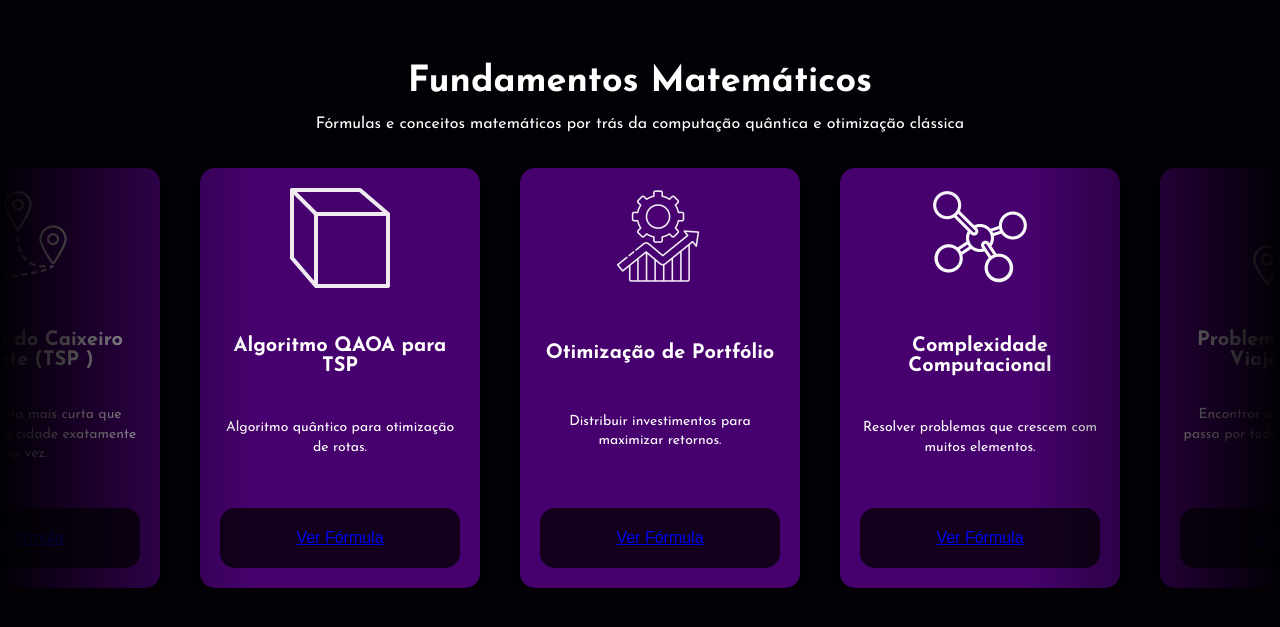
Repository: Everson9/Projeto-de-escalabilidade-quantica-definitivo
Page: fundamentos.html
These files come from the project's save history. The page is drawn as it stood at one moment and after the next save; the edit follows.
The browser window is 1280 px wide. The pictures show the whole page.

Above is the page before, as saved 2025-10-01 09:48:50.

### fundamentos.html
<!DOCTYPE html>
<html lang="pt-br">
<head>
    <meta charset="UTF-8">
    <meta name="viewport" content="width=device-width, initial-scale=1.0">
    <title>Carrossel Infinito</title>
    <link rel="stylesheet" href="fundamentos.css">
    <link href="https://fonts.googleapis.com/css2?family=Josefin+Sans:wght@400;700&display=swap" rel="stylesheet">
</head>
<body>

    <div class="fundamentos-matematicos">
        <h1>Fundamentos Matemáticos</h1>
        <p>Fórmulas e conceitos matemáticos por trás da computação quântica e otimização clássica</p>
    </div>

    <!-- Container do Carrossel -->
    <div class="carousel-container">
        <div class="carousel-track">
            <!-- Cards Originais -->
            <div class="formula_1">
                <img src="imgs_icones/CaixeiroViajante.png" alt="Ícone do Problema do Caixeiro Viajante">
                <h4>Problema do Caixeiro Viajante (TSP )</h4>
                <p>Encontrar a rota mais curta que passa por toda a cidade exatamente uma vez.</p>
                <button class="button"><a href="caixeiroviajante.html">Ver Fórmula</a></button>
            </div>
            <div class="formula_1">
                <img src="imgs_icones/QAOA.png" alt="Ícone do Algoritmo QAOA">
                <h4>Algoritmo QAOA para TSP</h4>
                <p>Algoritmo quântico para otimização de rotas.</p>
                <button class="button"><a href="AlgoritmoQAOA.html">Ver Fórmula</a></button>
            </div>
            <div class="formula_1">
                <img src="imgs_icones/OtimizacaoPortfolio.png" alt="Ícone de Otimização de Portfólio">
                <h4>Otimização de Portfólio</h4>
                <p>Distribuir investimentos para maximizar retornos.</p>
                <button class="button"><a href="Portifolio.html">Ver Fórmula</a></button>
            </div>
            <div class="formula_1">
                <img src="imgs_icones/ComplexidadeComputacional.png" alt="Ícone de Complexidade Computacional">
                <h4>Complexidade Computacional</h4>
                <p>Resolver problemas que crescem com muitos elementos.</p>
                <button class="button"><a href="Complexidade.html">Ver Fórmula</a></button>
            </div>

            <!-- Cards Duplicados para o Efeito Infinito -->
            <div class="formula_1">
                <img src="imgs_icones/CaixeiroViajante.png" alt="Ícone do Problema do Caixeiro Viajante">
                <h4>Problema do Caixeiro Viajante (TSP)</h4>
                <p>Encontrar a rota mais curta que passa por toda a cidade exatamente uma vez.</p>
                <button class="button"><a href="caixeiroviajante.html">Ver Fórmula</a></button>
            </div>
            <div class="formula_1">
                <img src="imgs_icones/QAOA.png" alt="Ícone do Algoritmo QAOA">
                <h4>Algoritmo QAOA para TSP</h4>
                <p>Algoritmo quântico para otimização de rotas.</p>
                <button class="button"><a href="AlgoritmoQAOA.html">Ver Fórmula</a></button>
            </div>
            <div class="formula_1">
                <img src="imgs_icones/OtimizacaoPortfolio.png" alt="Ícone de Otimização de Portfólio">
                <h4>Otimização de Portfólio</h4>
                <p>Distribuir investimentos para maximizar retornos.</p>
                <button class="button"><a href="Portifolio.html">Ver Fórmula</a></button>
            </div>
            <div class="formula_1">
                <img src="imgs_icones/ComplexidadeComputacional.png" alt="Ícone de Complexidade Computacional">
                <h4>Complexidade Computacional</h4>
                <p>Resolver problemas que crescem com muitos elementos.</p>
                <button class="button"><a href="Complexidade.html">Ver Fórmula</a></button>
            </div>
        </div>
    </div>

</body>
</html>

### fundamentos.css
body {
    background-color: #030105;
    font-family: 'Josefin Sans', sans-serif;
    color: #fff;
    margin: 0;
    padding: 0;
    display: flex;
    flex-direction: column;
    align-items: center;
    justify-content: flex-start;
    text-decoration: none;
    overflow-x: hidden; /* Esconde a barra de rolagem horizontal */
}

.fundamentos-matematicos {
    text-align: center;
    color: white;
    margin-top: 40px;
    margin-bottom: 20px;
}

h1 {
    font-size: 36px;
    margin-bottom: 10px;
}

/* Estilos dos Cards */
.formula_1 {
    width: 240px;
    height: 380px;
    background-color: #7703BA96;
    border-radius: 15px;
    padding: 20px;
    display: flex;
    flex-direction: column;
    justify-content: space-between;
    box-shadow: 0 4px 8px rgba(0, 0, 0, 0.2);
    margin: 0 20px; /* Espaçamento entre os cards */
    flex-shrink: 0; /* Impede que os cards encolham */
}

.formula_1 h4 {
    font-size: 20px;
    margin-bottom: 10px;
    text-align: center;
}

.formula_1 img {
    width: 100px;
    height: 100px;
    margin: 0 auto;
}

.formula_1 p {
    text-align: center;
    font-size: 14px;
    line-height: 1.4;
    margin-top: 10px;
}

.button {
    background-color: #030105C2;
    border: none;
    padding: 10px;
    color: white;
    font-size: 16px;
    text-align: center;
    height: 60px;
    border-radius: 15px;
    cursor: pointer;
    text-decoration: none;
    margin-top: 15px;
    transition: background-color 0.3s;
}

.button:hover {
    background-color: #ffffffc2;
    color: #030105;
}

/* --- Novas Classes para o Carrossel --- */

.carousel-container {
    width: 100%;
    display: flex;
    justify-content: flex-start; /* Alinha a trilha no início */
    overflow: hidden; /* Essencial para esconder o que está fora da tela */
    -webkit-mask-image: linear-gradient(to right, transparent, black 20%, black 80%, transparent);
    mask-image: linear-gradient(to right, transparent, black 20%, black 80%, transparent);
}

.carousel-track {
    display: flex; /* Coloca os cards em linha */
    animation: scroll 40s linear infinite; /* Aplica a animação */
}

.carousel-container:hover .carousel-track {
    animation-play-state: paused; /* Pausa a animação ao passar o mouse */
}

/* Animação de Rolagem */
@keyframes scroll {
    0% {
        transform: translateX(0);
    }
    100% {
        /* Move a trilha para a esquerda pelo tamanho exato da primeira metade dos cards */
        /* (240px de largura + 40px de margem) * 4 cards = 1120px */
        transform: translateX(calc(-280px * 4));
    }
}

After the next save:
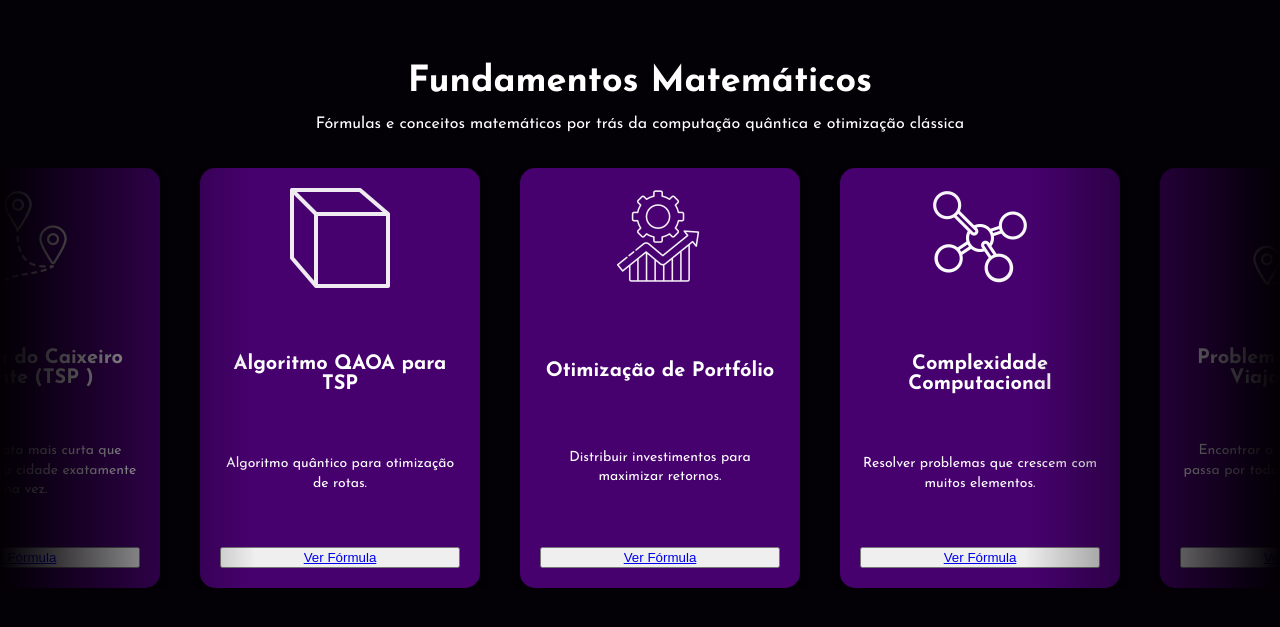
Saved 4 min 36 s later.
--- a/fundamentos.css
+++ b/fundamentos.css
@@ -58,20 +58,6 @@
     margin-top: 10px;
 }
 
-.button {
-    background-color: #030105C2;
-    border: none;
-    padding: 10px;
-    color: white;
-    font-size: 16px;
-    text-align: center;
-    height: 60px;
-    border-radius: 15px;
-    cursor: pointer;
-    text-decoration: none;
-    margin-top: 15px;
-    transition: background-color 0.3s;
-}
 
 .button:hover {
     background-color: #ffffffc2;
